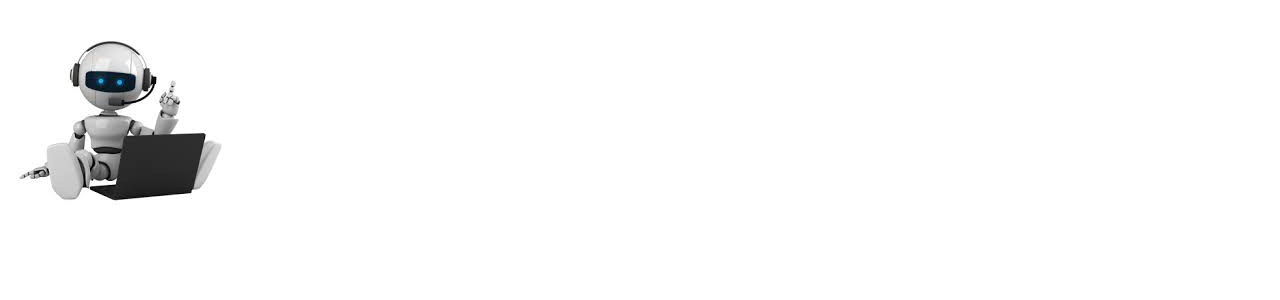
Repository: Ellisvelandia/talkingbot
Page: index.html
These files come from the project's save history. The page is drawn as it stood at one moment and after a run of saves; the edit follows.
The browser window is 1280 px wide. The pictures show the whole page.

Above is the page before, as saved 2022-09-15 23:52:04.

After the next 7 saves:
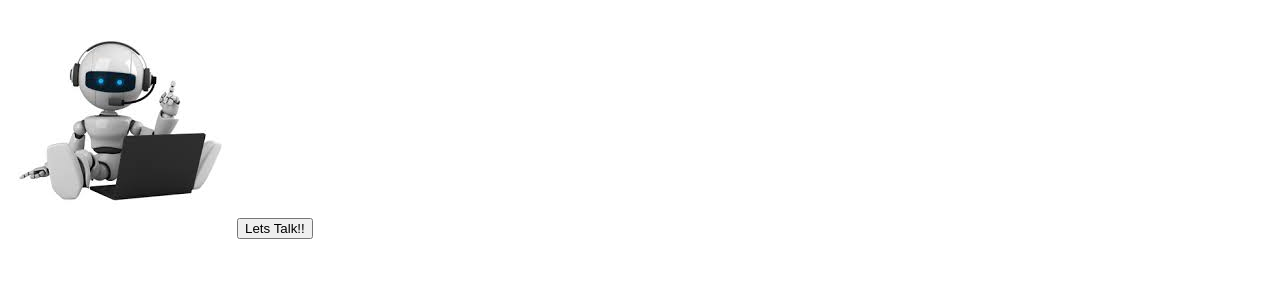
The 7 saves are shown as one change because they came seconds apart.
The last was saved 16 s later.
--- a/index.html
+++ b/index.html
@@ -1,14 +1,15 @@
 <!DOCTYPE html>
 <html lang="en">
-<head>
-  <meta charset="UTF-8">
-  <meta http-equiv="X-UA-Compatible" content="IE=edge">
-  <meta name="viewport" content="width=device-width, initial-scale=1.0">
-  <link rel="stylesheet" href="style.css">
-  <script src="app.js" defer></script>
-  <title>Talking Bot</title>
-</head>
-<body>
-  <img src="computer.jpeg" alt="#">
-</body>
+  <head>
+    <meta charset="UTF-8" />
+    <meta http-equiv="X-UA-Compatible" content="IE=edge" />
+    <meta name="viewport" content="width=device-width, initial-scale=1.0" />
+    <link rel="stylesheet" href="style.css" />
+    <script src="app.js" defer></script>
+    <title>Talking Bot</title>
+  </head>
+  <body>
+    <img src="computer.jpeg" alt="#" />
+    <button>Lets Talk!!</button>
+  </body>
 </html>
